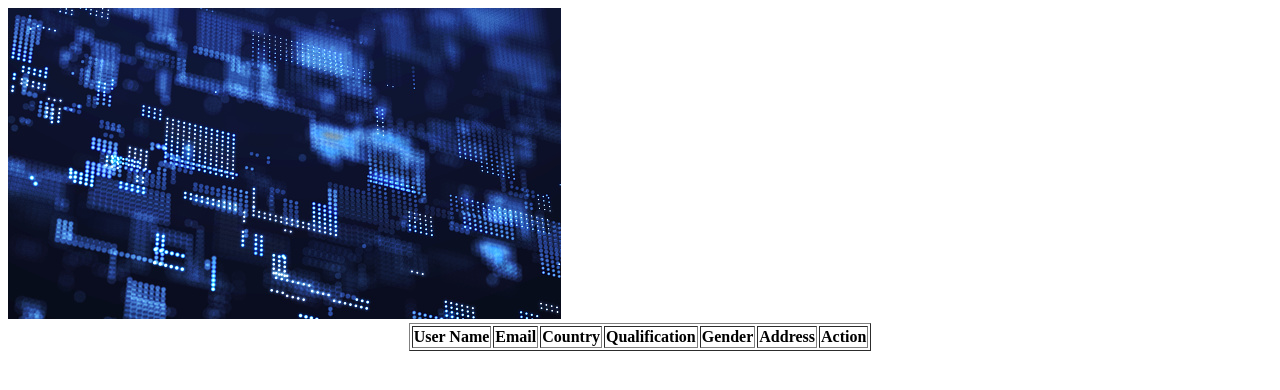
Repository: sainath0323/Website-design-using-J2EE
Page: http://localhost/AdvanceJavaApplication/viewsuccess.jsp
An editor plug-in stored every save of this project. The page is shown before and after the next save, followed by the edit.
The browser window is 1280 px wide. The pictures show the whole page.
The page is served by Tomcat 9. Other server files are loaded and not shown.

Above is the page before, as saved 2023-04-28 05:34:08.

### AdvanceJavaApplication/src/main/webapp/viewsuccess.jsp
<%@page import="com.sai.advanceapplication.viewusers.User"%>
<%@page import="java.util.List"%>
<%@ page language="java" contentType="text/html"%>
<%@taglib prefix="c"  uri="http://java.sun.com/jsp/jstl/core"%>
<!DOCTYPE html>
<html>
<head>
<style >
table{
margin: auto;
text-align: center;
}
</style>
</head>
<body>
<div class="container">

<img alt="" src="websiteimage.jpg">
<table border="1">
<tr>
<th>User Name</th>
<th>Email</th>
<th>Country</th>
<th>Qualification</th>
<th>Gender</th>
<th>Address</th>
<th>Action</th>
</tr>
<%   List<User>users= (List<User>) request.getAttribute("users"); %>
<c:forEach  items="${users }"  var="user" >
<tr>

<td> ${user.username}</td>
<td> ${user.email}</td>
<td> ${user.country}</td>
<td> ${user.qualification}</td>
<td> ${user.gender}</td>
<td> ${user.address}</td>
<td>
 <a href="#"><button>Edit</button> </a>
<a href="#"><button>Delete</button> </a>
 </td>


</tr>
</c:forEach>
</table>
</div>
</body>
</html>

After the next save:
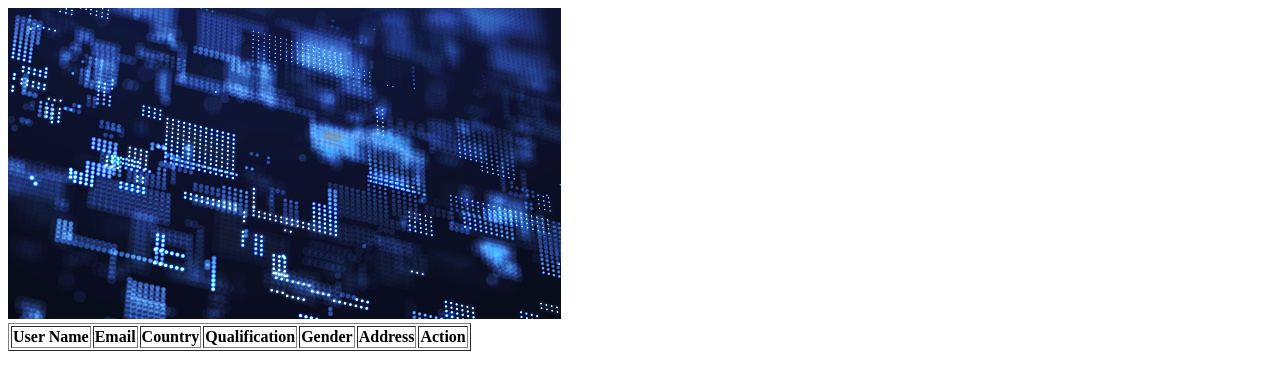
Saved 3 min 44 s later.
--- a/AdvanceJavaApplication/src/main/webapp/viewsuccess.jsp
+++ b/AdvanceJavaApplication/src/main/webapp/viewsuccess.jsp
@@ -5,7 +5,9 @@
 <!DOCTYPE html>
 <html>
 <head>
-<style >
+<style >>
+</head>
+<body>
 table{
 margin: auto;
 text-align: center;

After the save that followed:
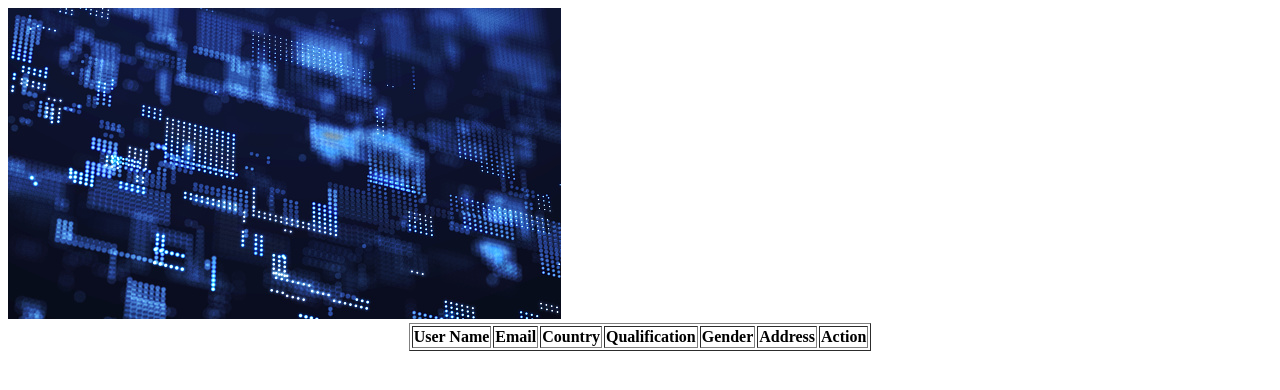
Saved 13 s later.
--- a/AdvanceJavaApplication/src/main/webapp/viewsuccess.jsp
+++ b/AdvanceJavaApplication/src/main/webapp/viewsuccess.jsp
@@ -5,9 +5,8 @@
 <!DOCTYPE html>
 <html>
 <head>
-<style >>
-</head>
-<body>
+<style >
+
 table{
 margin: auto;
 text-align: center;
